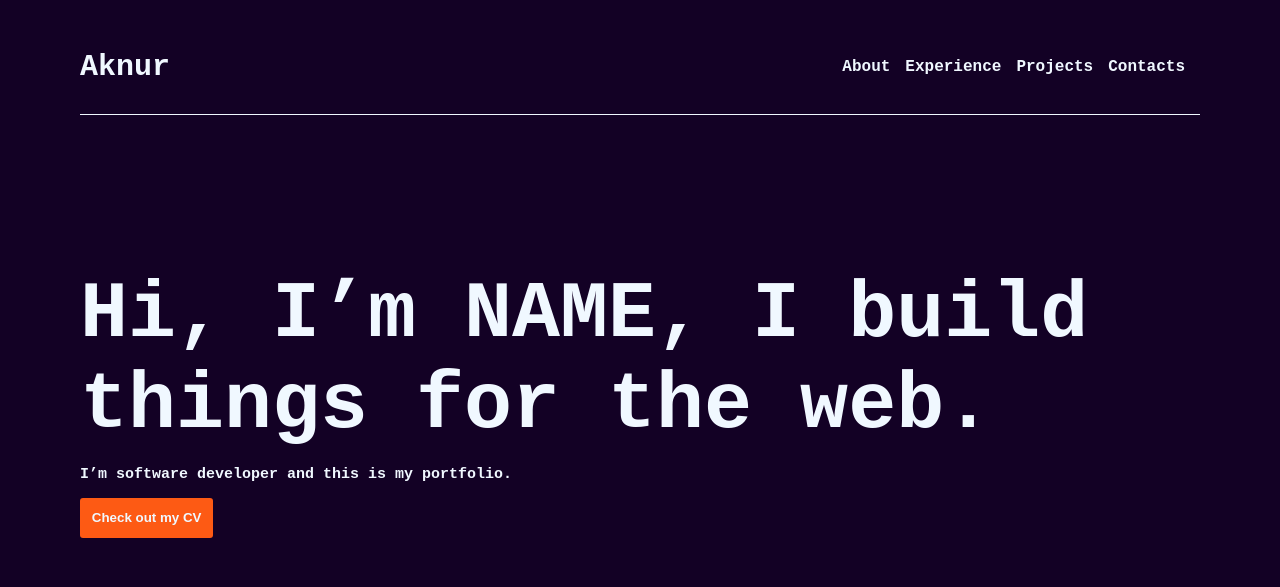
Repository: aknurkappar/nfactorial-portfolio-app-03-03-2022
Page: /
These files come from the project's save history. The page is drawn as it stood at one moment and after a run of saves; the edit follows.
The browser window is 1280 px wide. The pictures show the whole page.
The project was rebuilt for these pictures with package versions that can differ from the ones it lists, and the page was loaded fresh each time. Also part of the build but not shown: src/App.css.

Above is the page before, as saved 2023-03-03 21:10:31.

After the next 2 saves:
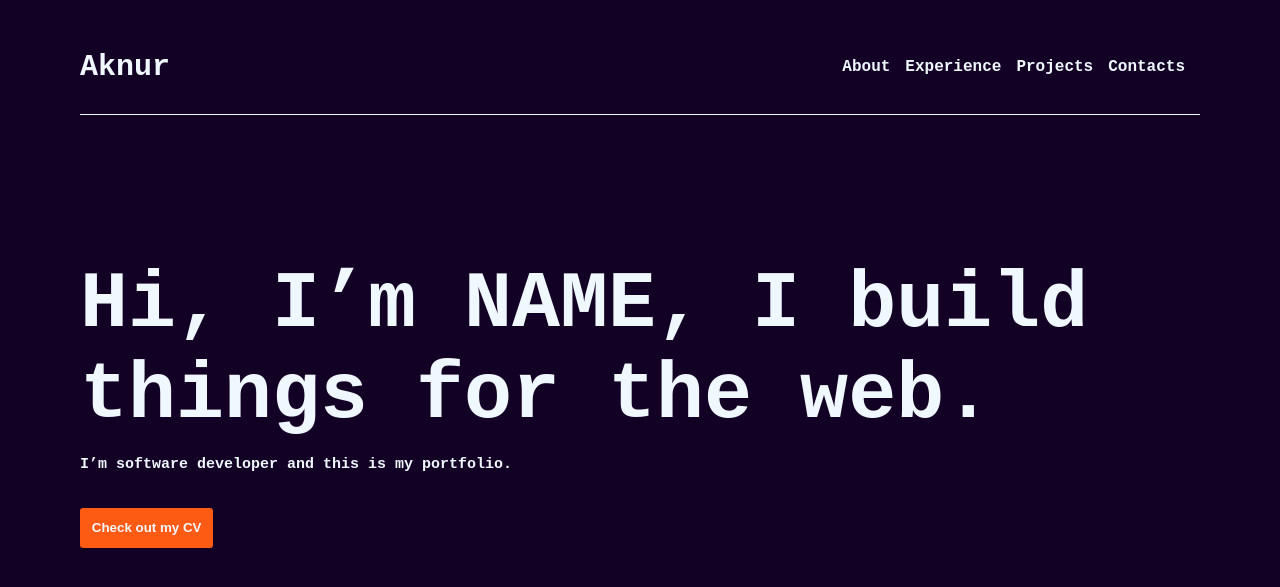
The 2 saves are shown as one change because they came seconds apart.
The last was saved 9 s later.
--- a/src/components/Main/index.css
+++ b/src/components/Main/index.css
@@ -13,7 +13,7 @@
     font-weight: 700;
     border: none;
     border-radius: 3px;
-    margin: 0;
+    margin-top: 20px;
 }
 
 .big-text{
